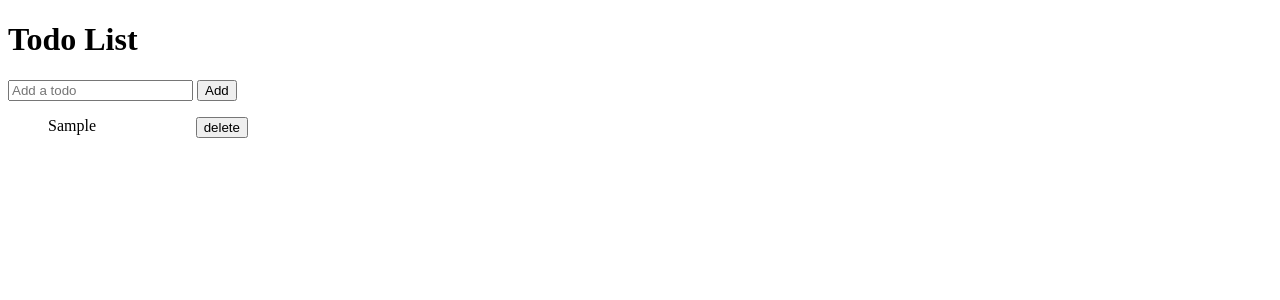
Repository: ble-syn/Todo-list
Page: index.html
The author's editor kept a copy of each file at every save. The page is drawn from the files as they stood at one save, then again after the next save.
The browser window is 1280 px wide. The pictures show the whole page.
Empty fields were first filled with sample values (such as "Sample", 5 or name@example.com).
After loading, the first visible `button` was clicked once.

Above is the page before, as saved 2022-10-25 18:42:32.

### index.html
<!DOCTYPE html>
<html lang="en">
<head>
    <meta charset="UTF-8">
    <meta http-equiv="X-UA-Compatible" content="IE=edge">
    <meta name="viewport" content="width=device-width, initial-scale=1.0">
    <title>Todo List</title>
</head>
<body>

    <main>
        <h1>Todo List</h1>
            <input type="text" name="todo" placeholder="Add a todo">
            <button>Add</button>
            <ul id="list"></ul>
    </main>

    <script src="app.js"></script>
</body>
</html>

### app.js
const todo = document.querySelector("input");
const button = document.querySelector("button");
let todoList = document.querySelector("#list");


function render() {
  let items;
  const getLocalStorage = JSON.parse(localStorage.getItem("todos"));
  let new_div = '';
  // if (getLocalStorage != null) {
    getLocalStorage.forEach((element,index) => {
      new_div += `
              <li class="li" style="display: flex; justify-content: space-between; width: 200px;">
                  <span>${element}</span>
                  <button id="del" onclick="delFunc(${index})">delete</button>
              </li>
          `;
    });
  // }

  todoList.innerHTML = new_div;

}

function delFunc(index) {

  let getLocalStorage = JSON.parse(localStorage.getItem("todos"));
  getLocalStorage.splice(index, 1);//remove it

  localStorage.setItem("todos", JSON.stringify(getLocalStorage));

  render()

}

button.addEventListener("click", () => {
  const value = todo.value;
  if (value === "") {
    return;
  }

  let items = localStorage.getItem("todos");
  if (items === null) {
    localStorage.setItem("todos", JSON.stringify([value]));
  }else{
    let getLocalStorage = JSON.parse(localStorage.getItem("todos"));
    getLocalStorage.push(value);
    localStorage.setItem("todos", JSON.stringify(getLocalStorage));
  }


  render();
  todo.value = "";

});

After the next save:
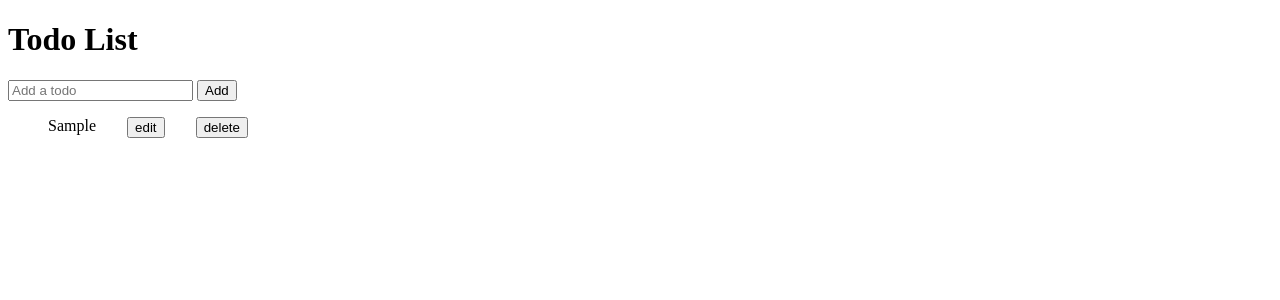
Saved 3 min 10 s later.
--- a/app.js
+++ b/app.js
@@ -12,6 +12,7 @@ function render() {
       new_div += `
               <li class="li" style="display: flex; justify-content: space-between; width: 200px;">
                   <span>${element}</span>
+                  <button id="del" onclick="editFunc(${index})">edit</button>
                   <button id="del" onclick="delFunc(${index})">delete</button>
               </li>
           `;
